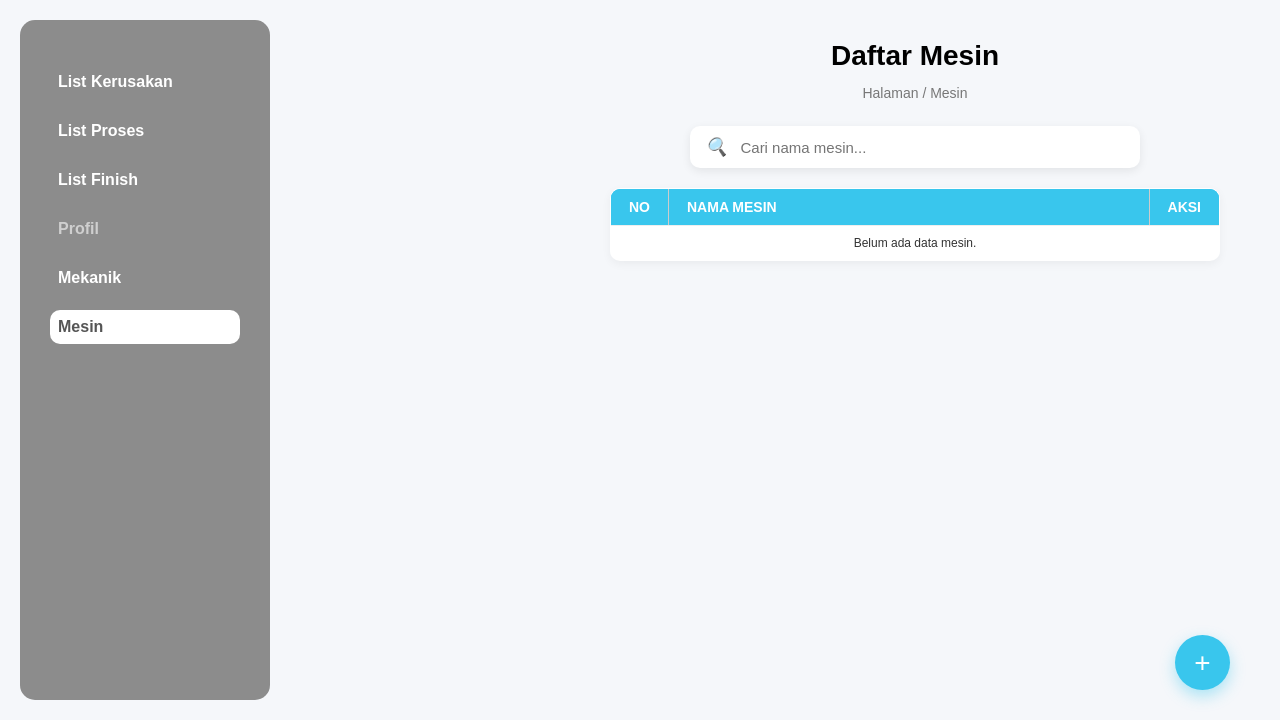
Repository: 1rHub/maintenance
Page: http://localhost/mesin.php
An editor plug-in stored every save of this project. The page is shown before and after the next save, followed by the edit.
The browser window is 1280 px wide. The pictures show the whole page.
The page is run by PHP 8.4 with error messages shown; the project is at /var/www/html/. Queries for data that is not in the repository find no rows.

Above is the page before, as saved 2025-10-20 09:22:58.

After the next save:
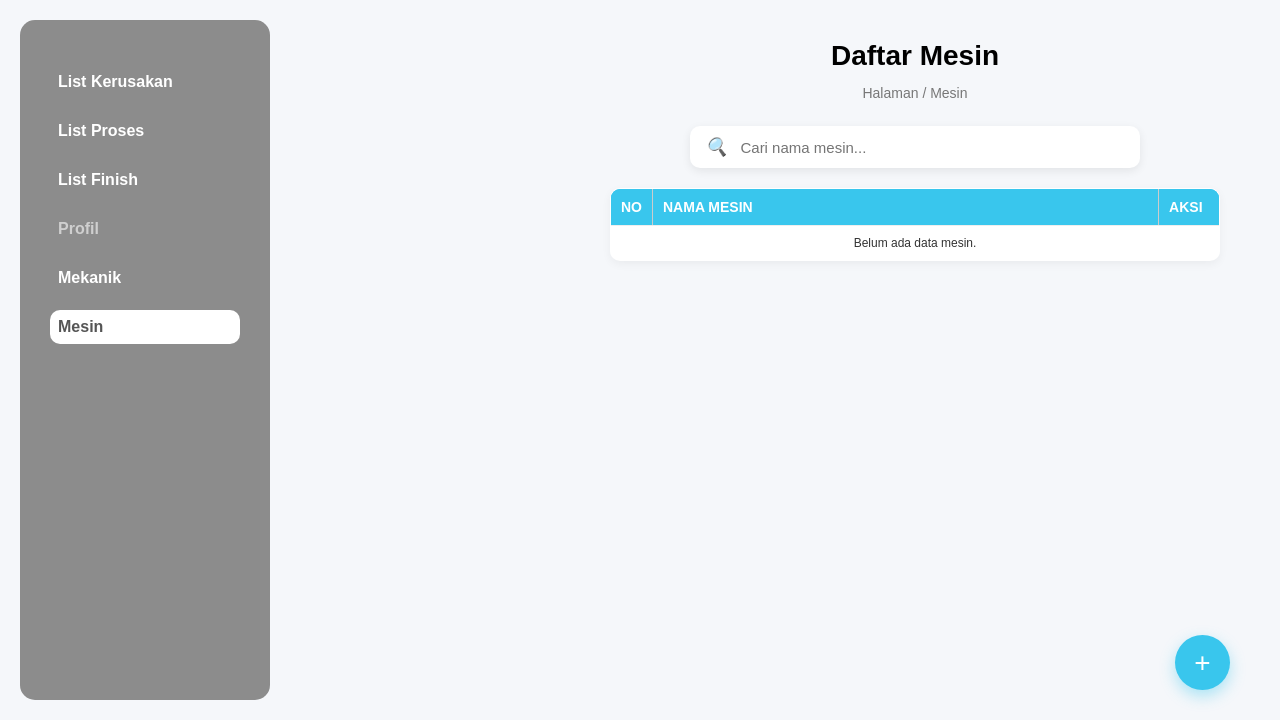
Saved 7 s later.
--- a/mesin.php
+++ b/mesin.php
@@ -103,7 +103,7 @@ $mesin_list = mysqli_fetch_all($result, MYSQLI_ASSOC);
         }
 
         th, td {
-            padding: 10px 18px;
+            padding: 10px 10px;
             text-align: left;
             border-bottom: 1px solid #eee;
         }
